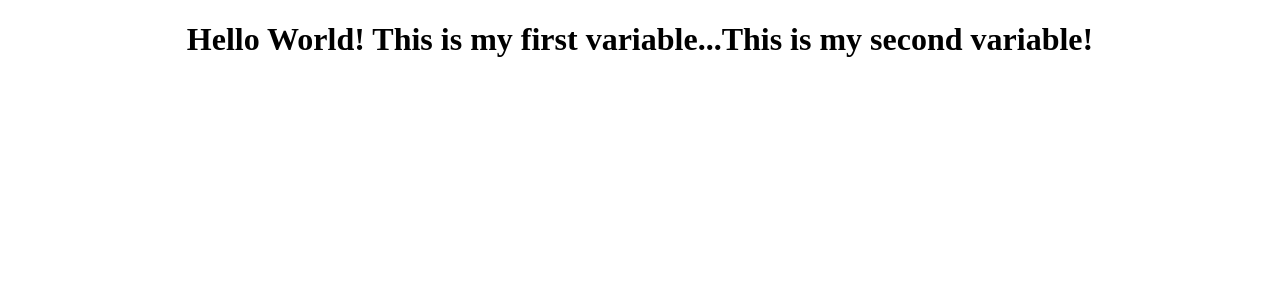
Repository: Lexscher/PHP-practice
Page: http://localhost/
The author's editor kept a record of every edit. The page is drawn from the files as they stood at one moment, then again after the next edit.
The browser window is 1280 px wide. The pictures show the whole page.
The page is run by PHP 8.4 with error messages shown; the project is at /var/www/html/.

Above is the page before.

After the next edit:
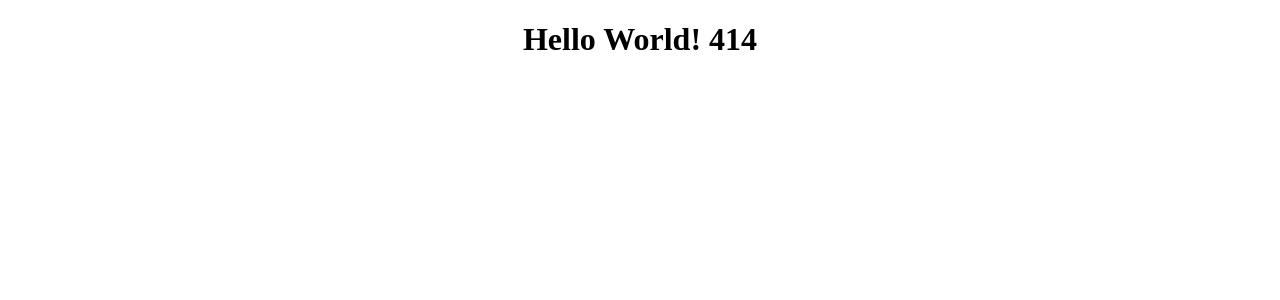
The edit:
--- a/index.php
+++ b/index.php
@@ -12,8 +12,8 @@
         <h1>
                <?php
 
-                $one = "This is my first variable...";
-                $two = "This is my second  variable!";
+                $one = 41;
+                $two = 4;
 
                 echo "Hello World! " . $one . $two;
 
